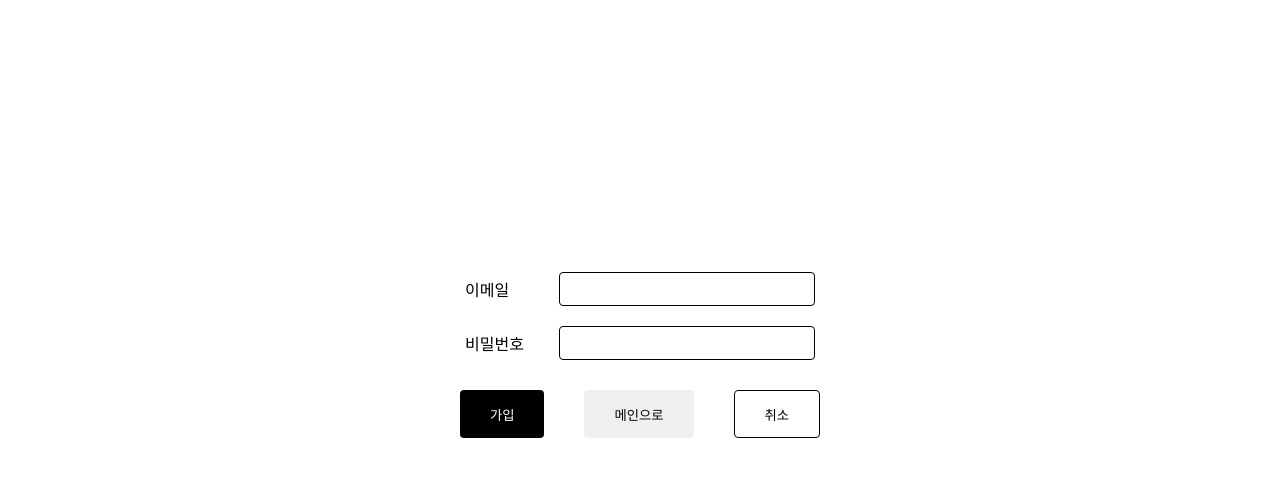
Repository: momo0170/react-shopping
Page: /register
The author's editor kept a copy of each file at every save. The page is drawn from the files as they stood at one save, then again after the next save.
The browser window is 1280 px wide. The pictures show the whole page.
The page's requests for data from a server got no answer. Some web fonts or font styles are not loaded; a fallback is used. The project was rebuilt for these pictures with package versions that can differ from the ones it lists, and the page was loaded fresh each time. No one was signed in, and anything a server would have sent is missing. Also part of the build but not shown: src/App.css, src/css/Header.module.css, src/components/Header.jsx, src/App.js, src/router/Products.jsx, src/css/Login.module.css, src/router/Login.jsx.

Above is the page before, as saved 2023-02-24 19:00:11.

### public/index.html
<!DOCTYPE html>
<html lang="en">
  <head>
    <meta charset="utf-8" />
    <link rel="icon" href="%PUBLIC_URL%/images/shopping.png" />
    <meta name="viewport" content="width=device-width, initial-scale=1" />
    <meta name="theme-color" content="#000000" />
    <meta
      name="description"
      content="Web site created using create-react-app"
    />
    <!-- <link rel="apple-touch-icon" href="%PUBLIC_URL%/logo192.png" /> -->
    <!--
      manifest.json provides metadata used when your web app is installed on a
      user's mobile device or desktop. See https://developers.google.com/web/fundamentals/web-app-manifest/
    -->

    <!--
      Notice the use of %PUBLIC_URL% in the tags above.
      It will be replaced with the URL of the `public` folder during the build.
      Only files inside the `public` folder can be referenced from the HTML.

      Unlike "/favicon.ico" or "favicon.ico", "%PUBLIC_URL%/favicon.ico" will
      work correctly both with client-side routing and a non-root public URL.
      Learn how to configure a non-root public URL by running `npm run build`.
    -->
    <title>Shoppy</title>
    <link rel="preconnect" href="https://fonts.googleapis.com" />
    <link rel="preconnect" href="https://fonts.gstatic.com" crossorigin />
    <link
      href="https://fonts.googleapis.com/css2?family=Nanum+Gothic+Coding&display=swap"
      rel="stylesheet"
    />
  </head>
  <body>
    <noscript>You need to enable JavaScript to run this app.</noscript>
    <div id="root"></div>
    <!--
      This HTML file is a template.
      If you open it directly in the browser, you will see an empty page.

      You can add webfonts, meta tags, or analytics to this file.
      The build step will place the bundled scripts into the <body> tag.

      To begin the development, run `npm start` or `yarn start`.
      To create a production bundle, use `npm run build` or `yarn build`.
    -->
  </body>
</html>

### src/index.js
import React from 'react';
import ReactDOM from 'react-dom/client';
import './index.css';
import App from './App';
import { createBrowserRouter, RouterProvider } from 'react-router-dom';
import Products from './router/Products';
import Login from './router/Login';
import Register from './router/Register';

const router = createBrowserRouter([
  {
    path: '/',
    element: <App />,
    children: [
      {
        index: true,
        element: <Products />,
      },
    ],
  },
  {
    path: '/login',
    element: <Login />,
  },
  {
    path: '/register',
    element: <Register />,
  },
]);
const root = ReactDOM.createRoot(document.getElementById('root'));
root.render(
  <RouterProvider router={router}>
    <App />
  </RouterProvider>
);

### src/index.css
:root {
  --margin-small: 5px;
  --margin-medium: 10px;
  --margin-large: 20px;
  --margin-xlarge: 30px;

  --font-xsmall: 14px;
  --font-small: 16px;
  --font-medium: 24px;
  --font-large: 32px;
  --font-xlarge: 36px;
  --font-xxlarge: 44px;
}

body {
  margin: 0;
  font-family: 'Nanum Gothic Coding', monospace;
}

button {
  font-family: 'Nanum Gothic Coding', monospace;
}

### src/router/Register.jsx
import React, { useState } from 'react';
import { registerUser } from '../firebase/Firebase-Auth';
import styles from '../css/Register.module.css';
import { useNavigate } from 'react-router-dom';

export default function Register() {
  const navigate = useNavigate();
  const [account, setAccount] = useState({
    email: '',
    password: '',
  });

  const onChangeAccount = (e) => {
    setAccount({
      ...account,
      [e.target.name]: e.target.value,
    });
  };

  // 회원가입
  const registerAccount = () => {
    const result = window.confirm('가입하시겠습니까?');
    result && registerUser(account.email, account.password);
  };

  const goToHome = () => {
    navigate('/');
  };
  console.log(`이메일 : ${account.email}`);
  console.log(`비밀번호 : ${account.password}`);
  return (
    <main className={styles.main}>
      <div className={styles.email}>
        <span>이메일</span>
        <input type="text" name="email" onChange={onChangeAccount} />
      </div>
      <div className={styles.password}>
        <span>비밀번호</span>
        <input type="password" name="password" onChange={onChangeAccount} />
      </div>
      <div className={styles.btns}>
        <button onClick={registerAccount} className={styles.registerBtn}>
          가입
        </button>
        <button className={styles.homeBtn} onClick={goToHome}>
          메인으로
        </button>
        <button className={styles.cancelBtn}>취소</button>
      </div>
    </main>
  );
}

### src/firebase/Firebase-Auth.js
import { initializeApp } from 'firebase/app';
import { getAuth, createUserWithEmailAndPassword } from 'firebase/auth';

const firebaseConfig = {
  apiKey: process.env.REACT_APP_API_KEY,
  authDomain: process.env.REACT_APP_AUTH_DOMAIN,
  databaseURL: process.env.REACT_APP_DATABASE_URL,
  projectId: process.env.REACT_APP_PROJECT_ID,
  storageBucket: process.env.REACT_APP_STORAGE_BUCKET,
  messagingSenderId: process.env.REACT_APP_MESSAGING_ID,
  appId: process.env.REACT_APP_APP_ID,
};

const app = initializeApp(firebaseConfig);
const auth = getAuth(app);

// firebase에 사용자 등록
export function registerUser(email, password) {
  createUserWithEmailAndPassword(auth, email, password)
    .then((userCredential) => {
      // Signed in
      const user = userCredential.user;
      console.log(user);
      // ...
    })
    .catch((error) => {
      console.log(error);
      // ..
    });
}

### src/css/Register.module.css
.main {
  display: flex;
  flex-direction: column;
  justify-content: center;
  align-items: center;
  width: 500px;
  height: 100vh;
  margin: 0 auto;
}

.email,
.password {
  width: 350px;
  display: flex;
  justify-content: space-between;
  align-items: center;
}

.email input,
.password input {
  width: 250px;
  height: 30px;
  margin: var(--margin-medium) 0;
  border: 0.5px solid black;
  border-radius: 4px;
  font-size: var(--font-small);
}

.email input:focus,
.password input:focus {
  outline: 1px solid black;
}

.btns {
  display: flex;
  justify-content: space-evenly;
}
.btns * {
  border: none;
  border-radius: 4px;
  cursor: pointer;
  margin: var(--margin-large);
  padding: calc(var(--margin-large) / 1.5) calc(var(--margin-large) * 1.5);
  /* font-size: var(--font-small); */
}
.registerBtn {
  color: white;
  background-color: black;
}
.homeBtn {
  border: none;
}
.cancelBtn {
  background-color: white;
  border: 1px solid black;
}

After the next save:
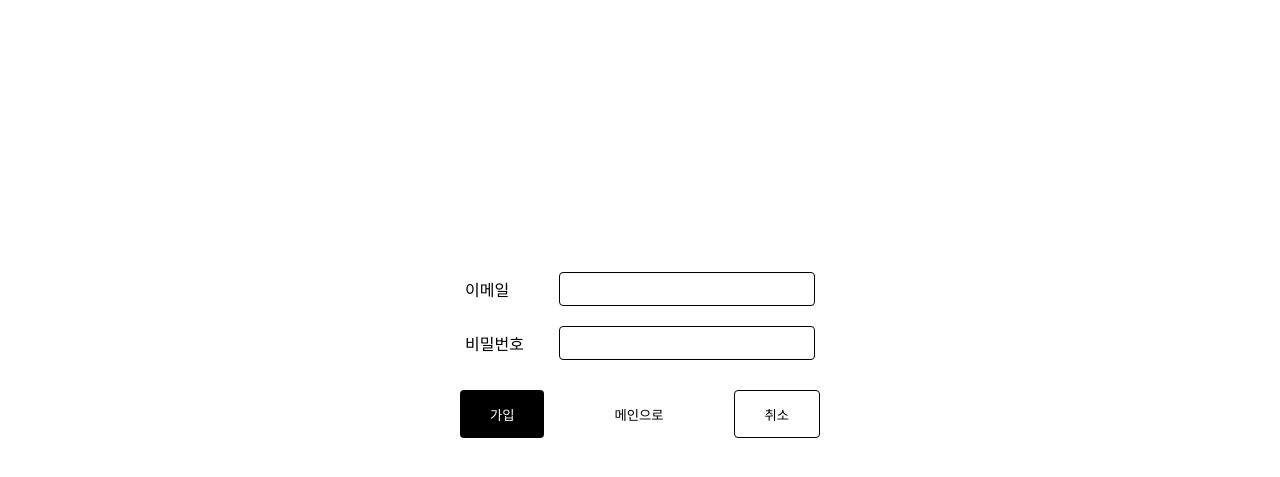
Saved 15 s later.
--- a/src/css/Register.module.css
+++ b/src/css/Register.module.css
@@ -48,7 +48,7 @@
   background-color: black;
 }
 .homeBtn {
-  border: none;
+  background-color: transparent;
 }
 .cancelBtn {
   background-color: white;

After the save that followed:
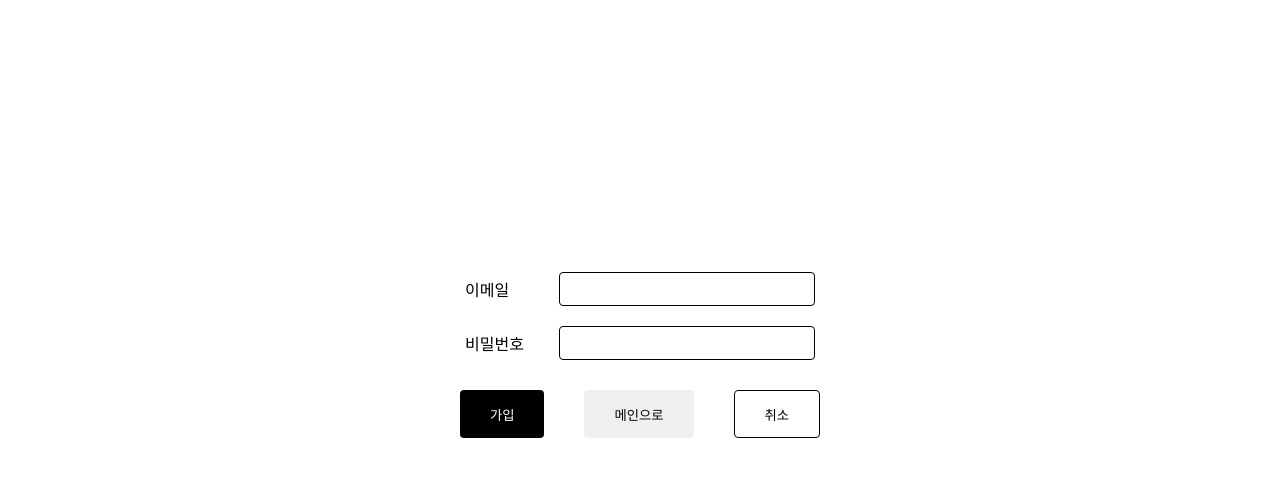
Saved 26 s later.
--- a/src/css/Register.module.css
+++ b/src/css/Register.module.css
@@ -47,9 +47,7 @@
   color: white;
   background-color: black;
 }
-.homeBtn {
-  background-color: transparent;
-}
+
 .cancelBtn {
   background-color: white;
   border: 1px solid black;
